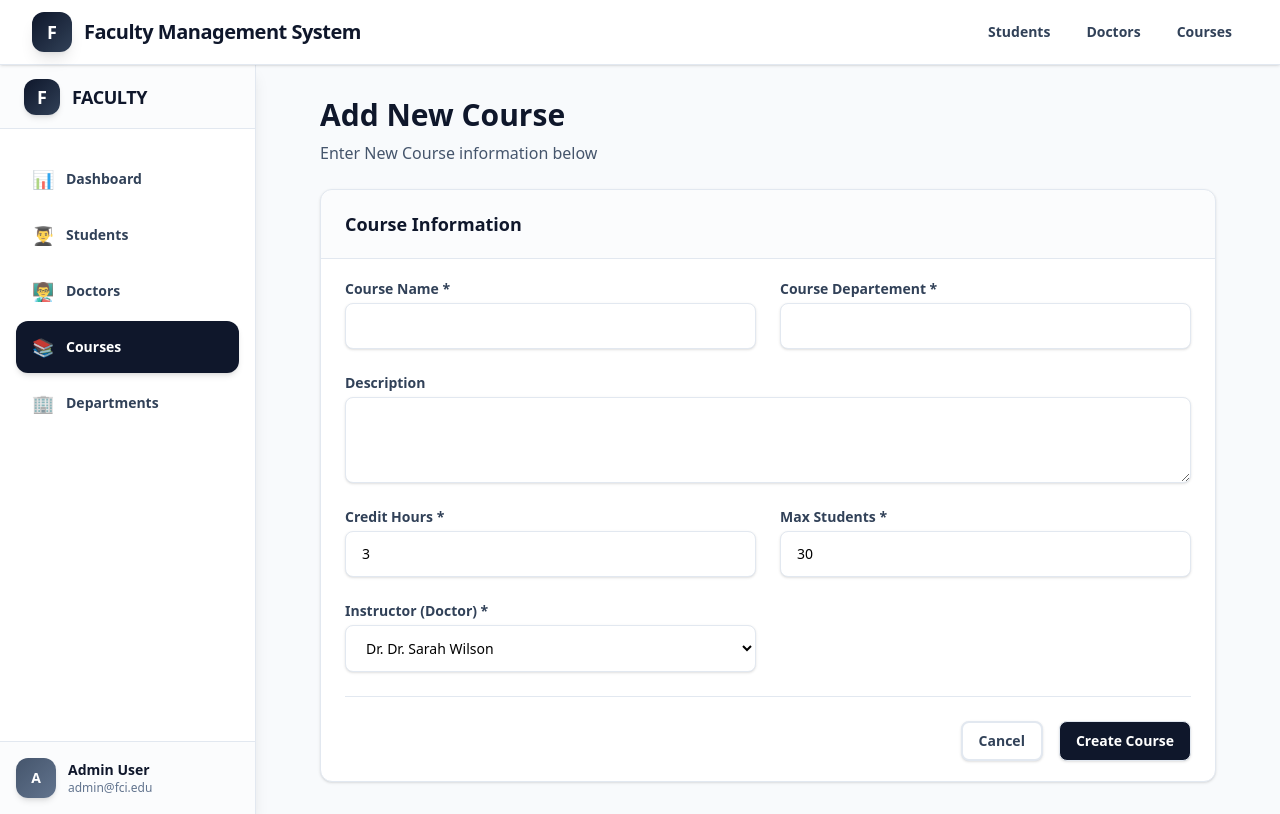
Repository: Mohamedmohsen179/Advanced-DB-Task
Page: /courses/new (app in frontend/)
An editor plug-in stored every save of this project. The page is shown before and after the next save, followed by the edit.
The browser window is 1280 px wide. The pictures show the whole page.
The page's requests for data from a server got no answer. The project was rebuilt for these pictures with package versions that can differ from the ones it lists, and the page was loaded fresh each time. The framework's server and built-in components were replaced by stand-ins that run in the browser. No one was signed in, and anything a server would have sent is missing. Also part of the build but not shown: frontend/next.config.ts.

Above is the page before, as saved 2025-11-29 01:51:02.

### frontend/app/layout.tsx
import type { Metadata } from "next";
import { Geist, Geist_Mono } from "next/font/google";
import "./globals.css";
import MainLayout from "../components/layout/MainLayout";

const geistSans = Geist({
  variable: "--font-geist-sans",
  subsets: ["latin"],
});

const geistMono = Geist_Mono({
  variable: "--font-geist-mono",
  subsets: ["latin"],
});

export const metadata: Metadata = {
  title: "University Management System",
  description: "A comprehensive university management system built with Next.js and TypeScript",
};

export default function RootLayout({
  children,
}: Readonly<{
  children: React.ReactNode;
}>) {
  return (
    <html lang="en">
      <body
        className={`${geistSans.variable} ${geistMono.variable} antialiased`}
      >
        <MainLayout>{children}</MainLayout>
      </body>
    </html>
  );
}

### frontend/app/courses/new/page.tsx
'use client';

import { useState, useEffect } from 'react';
import { useRouter } from 'next/navigation';
import { CreateCourseRequest } from '../../../types';
import { apiService } from '../../../services/api';
import { Card, CardContent, CardHeader } from '../../../components/ui/Card';
import Button from '../../../components/ui/Button';

export default function NewCoursePage() {
  const router = useRouter();
  const [loading, setLoading] = useState(false);
  const [error, setError] = useState<string | null>(null);
  const [departments, setDepartments] = useState<{ id: string; name: string; code: string }[]>([]);
  const [doctors, setDoctors] = useState<{ id: string; firstName: string; lastName: string }[]>([]);

  const [formData, setFormData] = useState<CreateCourseRequest>({
    name: '',
    code: '',
    description: '',
    credits: 3,
    departmentId: '',
    instructorId: '',
    semester: 'fall',
    year: new Date().getFullYear(),
    maxStudents: 30,
    prerequisites: [],
    syllabus: '',
    startDate: '',
    endDate: '',
  });

  const [prerequisiteInput, setPrerequisiteInput] = useState('');

  useEffect(() => {
    loadDepartments();
    loadDoctors();
  }, []);

  const loadDepartments = async () => {
    try {
      const response = await apiService.getDepartments();
      if (response.success && response.data.length > 0) {
        setDepartments(response.data.map(d => ({ id: d.id, name: d.name, code: d.code })));
        if (!formData.departmentId) {
          setFormData(prev => ({ ...prev, departmentId: response.data[0].id }));
        }
      }
    } catch (err) {
      console.error('Error loading departments:', err);
    }
  };

  const loadDoctors = async () => {
    try {
      const response = await apiService.getDoctors();
      if (response.success && response.data.length > 0) {
        setDoctors(response.data.map(d => ({ id: d.id, firstName: d.firstName, lastName: d.lastName })));
        if (!formData.instructorId) {
          setFormData(prev => ({ ...prev, instructorId: response.data[0].id }));
        }
      }
    } catch (err) {
      console.error('Error loading doctors:', err);
    }
  };

  const handleInputChange = (e: React.ChangeEvent<HTMLInputElement | HTMLSelectElement | HTMLTextAreaElement>) => {
    const { name, value } = e.target;
    setFormData(prev => ({
      ...prev,
      [name]: name === 'credits' || name === 'year' || name === 'maxStudents'
        ? parseInt(value) || 0
        : value,
    }));
  };

  const addPrerequisite = () => {
    if (prerequisiteInput.trim()) {
      setFormData(prev => ({
        ...prev,
        prerequisites: [...(prev.prerequisites || []), prerequisiteInput.trim()],
      }));
      setPrerequisiteInput('');
    }
  };

  const removePrerequisite = (index: number) => {
    setFormData(prev => ({
      ...prev,
      prerequisites: prev.prerequisites?.filter((_, i) => i !== index) || [],
    }));
  };

  const handleSubmit = async (e: React.FormEvent) => {
    e.preventDefault();
    setLoading(true);
    setError(null);

    try {
      const response = await apiService.createCourse(formData);

      if (response.success) {
        router.push('/courses');
      } else {
        setError('Failed to create course');
      }
    } catch (err) {
      setError('An error occurred while creating the course');
      console.error('Error creating course:', err);
    } finally {
      setLoading(false);
    }
  };

  return (
    <div className="max-w-4xl mx-auto">
      <div className="mb-6">
        <h1 className="text-3xl font-bold text-slate-900">Add New Course</h1>
        <p className="mt-2 text-base text-slate-600">
          Enter New Course information below
        </p>
      </div>

      {error && (
        <div className="mb-6 bg-red-50 border border-red-200 rounded-md p-4">
          <div className="flex">
            <div className="flex-shrink-0">
              <svg className="h-5 w-5 text-red-400" viewBox="0 0 20 20" fill="currentColor">
                <path fillRule="evenodd" d="M10 18a8 8 0 100-16 8 8 0 000 16zM8.707 7.293a1 1 0 00-1.414 1.414L8.586 10l-1.293 1.293a1 1 0 101.414 1.414L10 11.414l1.293 1.293a1 1 0 001.414-1.414L11.414 10l1.293-1.293a1 1 0 00-1.414-1.414L10 8.586 8.707 7.293z" clipRule="evenodd" />
              </svg>
            </div>
            <div className="ml-3">
              <h3 className="text-sm font-medium text-red-800">Error</h3>
              <div className="mt-2 text-sm text-red-700">
                <p>{error}</p>
              </div>
            </div>
          </div>
        </div>
      )}

      <Card>
        <CardHeader>
          <h2 className="text-lg font-semibold text-slate-900">Course Information</h2>
        </CardHeader>
        <CardContent>
          <form onSubmit={handleSubmit} className="space-y-6">
            <div className="grid grid-cols-1 md:grid-cols-2 gap-6">
              <div>
                <label htmlFor="name" className="block text-sm font-semibold text-slate-700">
                  Course Name *
                </label>
                <input
                  type="text"
                  id="name"
                  name="name"
                  required
                  value={formData.name}
                  onChange={handleInputChange}
                  className="text-black mt-1 block w-full border border-slate-300 rounded-lg px-4 py-3 text-sm focus:outline-none focus:ring-2 focus:ring-slate-500 focus:border-slate-500 transition-all duration-200 bg-white shadow-sm"
                />
              </div>

              <div>
                <label htmlFor="code" className="block text-sm font-semibold text-slate-700">
                  Course Departement *
                </label>
                <input
                  type="text"
                  id="code"
                  name="code"
                  required
                  value={formData.code}
                  onChange={handleInputChange}
                  className="text-black mt-1 block w-full border border-slate-300 rounded-lg px-4 py-3 text-sm focus:outline-none focus:ring-2 focus:ring-slate-500 focus:border-slate-500 transition-all duration-200 bg-white shadow-sm"
                />
              </div>

              <div className="md:col-span-2">
                <label htmlFor="description" className="block text-sm font-semibold text-slate-700">
                  Description
                </label>
                <textarea
                  id="description"
                  name="description"
                  rows={3}
                  value={formData.description}
                  onChange={handleInputChange}
                  className="text-black mt-1 block w-full border border-slate-300 rounded-lg px-4 py-3 text-sm focus:outline-none focus:ring-2 focus:ring-slate-500 focus:border-slate-500 transition-all duration-200 bg-white shadow-sm"
                />
              </div>

              <div>
                <label htmlFor="credits" className="block text-sm font-semibold text-slate-700">
                  Credit Hours *
                </label>
                <input
                  type="number"
                  id="credits"
                  name="credits"
                  required
                  min="1"
                  max="6"
                  value={formData.credits}
                  onChange={handleInputChange}
                  className="text-black mt-1 block w-full border border-slate-300 rounded-lg px-4 py-3 text-sm focus:outline-none focus:ring-2 focus:ring-slate-500 focus:border-slate-500 transition-all duration-200 bg-white shadow-sm"
                />
              </div>

              <div>
                <label htmlFor="maxStudents" className="block text-sm font-semibold text-slate-700">
                  Max Students *
                </label>
                <input
                  type="number"
                  id="maxStudents"
                  name="maxStudents"
                  required
                  min="1"
                  value={formData.maxStudents}
                  onChange={handleInputChange}
                  className="text-black mt-1 block w-full border border-slate-300 rounded-lg px-4 py-3 text-sm focus:outline-none focus:ring-2 focus:ring-slate-500 focus:border-slate-500 transition-all duration-200 bg-white shadow-sm"
                />
              </div>

              <div>
                <label htmlFor="instructorId" className="block text-sm font-semibold text-slate-700">
                  Instructor (Doctor) *
                </label>
                <select
                  id="instructorId"
                  name="instructorId"
                  required
                  value={formData.instructorId}
                  onChange={handleInputChange}
                  className="text-black mt-1 block w-full border border-slate-300 rounded-lg px-4 py-3 text-sm focus:outline-none focus:ring-2 focus:ring-slate-500 focus:border-slate-500 transition-all duration-200 bg-white shadow-sm"
                >
                  <option value="">Select Instructor</option>
                  {doctors.map(doctor => (
                    <option key={doctor.id} value={doctor.id}>
                      Dr. {doctor.firstName} {doctor.lastName}
                    </option>
                  ))}
                </select>
              </div>


            </div>

            <div className="flex justify-end space-x-4 pt-6 border-t border-slate-200">
              <Button
                type="button"
                variant="outline"
                onClick={() => router.back()}
              >
                Cancel
              </Button>
              <Button
                type="submit"
                loading={loading}
              >
                Create Course
              </Button>
            </div>
          </form>
        </CardContent>
      </Card>
    </div>
  );
}

### frontend/app/globals.css
@import "tailwindcss";

:root {
  --background: #fafafa;
  --foreground: #0f172a;
  --primary: #2563eb;
  --primary-foreground: #ffffff;
  --secondary: #f1f5f9;
  --secondary-foreground: #334155;
  --muted: #f8fafc;
  --muted-foreground: #64748b;
  --accent: #f1f5f9;
  --accent-foreground: #0f172a;
  --border: #e2e8f0;
  --input: #ffffff;
  --ring: #2563eb;
  --radius: 0.5rem;
}

@theme inline {
  --color-background: var(--background);
  --color-foreground: var(--foreground);
  --font-sans: var(--font-geist-sans);
  --font-mono: var(--font-geist-mono);
}

@media (prefers-color-scheme: dark) {
  :root {
    --background: #020617;
    --foreground: #f8fafc;
    --primary: #3b82f6;
    --primary-foreground: #f8fafc;
    --secondary: #1e293b;
    --secondary-foreground: #f8fafc;
    --muted: #1e293b;
    --muted-foreground: #94a3b8;
    --accent: #1e293b;
    --accent-foreground: #f8fafc;
    --border: #334155;
    --input: #1e293b;
    --ring: #3b82f6;
  }
}

* {
  border-color: var(--border);
}

body {
  background: var(--background);
  color: var(--foreground);
  font-family: var(--font-sans), system-ui, -apple-system, sans-serif;
  line-height: 1.6;
  -webkit-font-smoothing: antialiased;
  -moz-osx-font-smoothing: grayscale;
}

::-webkit-scrollbar {
  width: 8px;
  height: 8px;
}

::-webkit-scrollbar-track {
  background: var(--muted);
}

::-webkit-scrollbar-thumb {
  background: var(--muted-foreground);
  border-radius: 4px;
}

::-webkit-scrollbar-thumb:hover {
  background: var(--foreground);
}

/* Focus styles */
.focus-visible {
  outline: 2px solid var(--ring);
  outline-offset: 2px;
}

/* Professional shadows */
.shadow-professional {
  box-shadow: 0 1px 3px 0 rgb(0 0 0 / 0.1), 0 1px 2px -1px rgb(0 0 0 / 0.1);
}

.shadow-professional-lg {
  box-shadow: 0 10px 15px -3px rgb(0 0 0 / 0.1), 0 4px 6px -4px rgb(0 0 0 / 0.1);
}

### frontend/components/layout/MainLayout.tsx
'use client';

import { useState } from 'react';
import Navbar from './Navbar';
import Sidebar from './Sidebar';

interface MainLayoutProps {
  children: React.ReactNode;
}

export default function MainLayout({ children }: MainLayoutProps) {
  const [sidebarOpen, setSidebarOpen] = useState(false);

  return (
    <div className="min-h-screen bg-slate-50">
      <Navbar />

      <div className="flex">
        <Sidebar
          isOpen={sidebarOpen}
          onClose={() => setSidebarOpen(false)}
        />

        <div className="flex-1 lg:ml-0">
          <div className="lg:hidden">
            <button
              onClick={() => setSidebarOpen(true)}
              className="fixed top-20 left-4 z-10 bg-white p-3 rounded-xl shadow-professional border border-slate-200 hover:shadow-professional-lg transition-all duration-200"
            >
              <svg className="w-5 h-5 text-slate-600" fill="none" stroke="currentColor" viewBox="0 0 24 24">
                <path strokeLinecap="round" strokeLinejoin="round" strokeWidth={2} d="M4 6h16M4 12h16M4 18h16" />
              </svg>
            </button>
          </div>

          <main className="p-6 lg:p-8">
            <div className="max-w-7xl mx-auto">
              {children}
            </div>
          </main>
        </div>
      </div>
    </div>
  );
}

### frontend/components/ui/Card.tsx
import { HTMLAttributes, forwardRef } from 'react';

interface CardProps extends HTMLAttributes<HTMLDivElement> {
  children: React.ReactNode;
}

const Card = forwardRef<HTMLDivElement, CardProps>(
  ({ className = '', children, ...props }, ref) => {
    return (
      <div
        ref={ref}
        className={`bg-white rounded-xl border border-slate-200 shadow-professional hover:shadow-professional-lg transition-shadow duration-200 ${className}`}
        {...props}
      >
        {children}
      </div>
    );
  }
);

Card.displayName = 'Card';

interface CardHeaderProps extends HTMLAttributes<HTMLDivElement> {
  children: React.ReactNode;
}

const CardHeader = forwardRef<HTMLDivElement, CardHeaderProps>(
  ({ className = '', children, ...props }, ref) => {
    return (
      <div
        ref={ref}
        className={`px-6 py-5 border-b border-slate-200 bg-slate-50/50 rounded-t-xl ${className}`}
        {...props}
      >
        {children}
      </div>
    );
  }
);

CardHeader.displayName = 'CardHeader';

interface CardContentProps extends HTMLAttributes<HTMLDivElement> {
  children: React.ReactNode;
}

const CardContent = forwardRef<HTMLDivElement, CardContentProps>(
  ({ className = '', children, ...props }, ref) => {
    return (
      <div
        ref={ref}
        className={`px-6 py-5 ${className}`}
        {...props}
      >
        {children}
      </div>
    );
  }
);

CardContent.displayName = 'CardContent';

interface CardFooterProps extends HTMLAttributes<HTMLDivElement> {
  children: React.ReactNode;
}

const CardFooter = forwardRef<HTMLDivElement, CardFooterProps>(
  ({ className = '', children, ...props }, ref) => {
    return (
      <div
        ref={ref}
        className={`px-6 py-5 border-t border-slate-200 bg-slate-50 rounded-b-xl ${className}`}
        {...props}
      >
        {children}
      </div>
    );
  }
);

CardFooter.displayName = 'CardFooter';

export { Card, CardHeader, CardContent, CardFooter };

### frontend/components/ui/Button.tsx
import { ButtonHTMLAttributes, forwardRef } from 'react';

interface ButtonProps extends ButtonHTMLAttributes<HTMLButtonElement> {
  variant?: 'primary' | 'secondary' | 'danger' | 'outline';
  size?: 'sm' | 'md' | 'lg';
  loading?: boolean;
}

const Button = forwardRef<HTMLButtonElement, ButtonProps>(
  ({ className = '', variant = 'primary', size = 'md', loading = false, children, disabled, ...props }, ref) => {
    const baseClasses = 'inline-flex items-center justify-center font-semibold rounded-lg transition-all duration-200 focus:outline-none focus:ring-2 focus:ring-offset-2 disabled:opacity-50 disabled:cursor-not-allowed shadow-sm hover:shadow-md active:scale-[0.98]';

    const variantClasses = {
      primary: 'bg-slate-900 text-white hover:bg-slate-800 focus:ring-slate-500 border border-slate-900',
      secondary: 'bg-slate-100 text-slate-900 hover:bg-slate-200 focus:ring-slate-500 border border-slate-200',
      danger: 'bg-red-600 text-white hover:bg-red-700 focus:ring-red-500 border border-red-600',
      outline: 'border-2 border-slate-300 text-slate-700 bg-white hover:bg-slate-50 hover:border-slate-400 focus:ring-slate-500',
    };

    const sizeClasses = {
      sm: 'px-3 py-2 text-sm h-9',
      md: 'px-4 py-2.5 text-sm h-10',
      lg: 'px-6 py-3 text-base h-12',
    };

    return (
      <button
        ref={ref}
        className={`${baseClasses} ${variantClasses[variant]} ${sizeClasses[size]} ${className}`}
        disabled={disabled || loading}
        {...props}
      >
        {loading && (
          <svg className="animate-spin -ml-1 mr-2 h-4 w-4" fill="none" viewBox="0 0 24 24">
            <circle className="opacity-25" cx="12" cy="12" r="10" stroke="currentColor" strokeWidth="4" />
            <path className="opacity-75" fill="currentColor" d="M4 12a8 8 0 018-8V0C5.373 0 0 5.373 0 12h4zm2 5.291A7.962 7.962 0 014 12H0c0 3.042 1.135 5.824 3 7.938l3-2.647z" />
          </svg>
        )}
        {children}
      </button>
    );
  }
);

Button.displayName = 'Button';

export default Button;

### frontend/components/layout/Navbar.tsx
'use client';

import Link from 'next/link';
import { useState } from 'react';

export default function Navbar() {
  const [isMenuOpen, setIsMenuOpen] = useState(false);

  return (
    <nav className="bg-white shadow-professional border-b border-slate-200 sticky top-0 z-50 backdrop-blur-sm bg-white">
      <div className="max-w-7xl mx-auto px-4 sm:px-6 lg:px-8">
        <div className="flex justify-between h-16">
          <div className="flex items-center">
            <Link href="/" className="flex-shrink-0 flex items-center group">
              <div className="h-10 w-10 bg-gradient-to-br from-slate-900 to-slate-700 rounded-xl flex items-center justify-center shadow-lg group-hover:shadow-xl transition-all duration-200">
                <span className="text-white font-bold text-lg">F</span>
              </div>
              <span className="ml-3 text-xl font-bold text-slate-900 tracking-tight">
                Faculty Management System
              </span>
            </Link>
          </div>

          <div className="hidden md:flex items-center space-x-1">
            <Link
              href="/students"
              className="text-slate-700 hover:text-slate-900 hover:bg-slate-100 px-4 py-2.5 rounded-lg text-sm font-semibold transition-all duration-200"
            >
              Students
            </Link>

            <Link
              href="/doctors"
              className="text-slate-700 hover:text-slate-900 hover:bg-slate-100 px-4 py-2.5 rounded-lg text-sm font-semibold transition-all duration-200"
            >
              Doctors
            </Link>
            <Link
              href="/courses"
              className="text-slate-700 hover:text-slate-900 hover:bg-slate-100 px-4 py-2.5 rounded-lg text-sm font-semibold transition-all duration-200"
            >
              Courses
            </Link>
          </div>

          {/* Mobile menu button */}
          <div className="md:hidden flex items-center">
            <button
              onClick={() => setIsMenuOpen(!isMenuOpen)}
              className="text-slate-700 hover:text-slate-900 hover:bg-slate-100 p-2 rounded-lg focus:outline-none focus:ring-2 focus:ring-slate-500 transition-all duration-200"
            >
              <svg className="h-6 w-6" fill="none" viewBox="0 0 24 24" stroke="currentColor">
                {isMenuOpen ? (
                  <path strokeLinecap="round" strokeLinejoin="round" strokeWidth={2} d="M6 18L18 6M6 6l12 12" />
                ) : (
                  <path strokeLinecap="round" strokeLinejoin="round" strokeWidth={2} d="M4 6h16M4 12h16M4 18h16" />
                )}
              </svg>
            </button>
          </div>
        </div>

        {/* Mobile Navigation */}
        {isMenuOpen && (
          <div className="md:hidden">
            <div className="px-4 pt-4 pb-4 space-y-2 border-t border-slate-200 bg-slate-50/50">
              <Link
                href="/students"
                className="text-slate-700 hover:text-slate-900 hover:bg-white block px-4 py-3 rounded-lg text-base font-semibold transition-all duration-200"
                onClick={() => setIsMenuOpen(false)}
              >
                Students
              </Link>
              <Link
                href="/doctors"
                className="text-slate-700 hover:text-slate-900 hover:bg-white block px-4 py-3 rounded-lg text-base font-semibold transition-all duration-200"
                onClick={() => setIsMenuOpen(false)}
              >
                Doctors
              </Link>
              <Link
                href="/courses"
                className="text-slate-700 hover:text-slate-900 hover:bg-white block px-4 py-3 rounded-lg text-base font-semibold transition-all duration-200"
                onClick={() => setIsMenuOpen(false)}
              >
                Courses
              </Link>

            </div>
          </div>
        )}
      </div>
    </nav>
  );
}

Loaded but not shown: frontend/services/api.ts (635 lines, source omitted); frontend/components/layout/Sidebar.tsx (152 lines, source omitted)

After the next save:
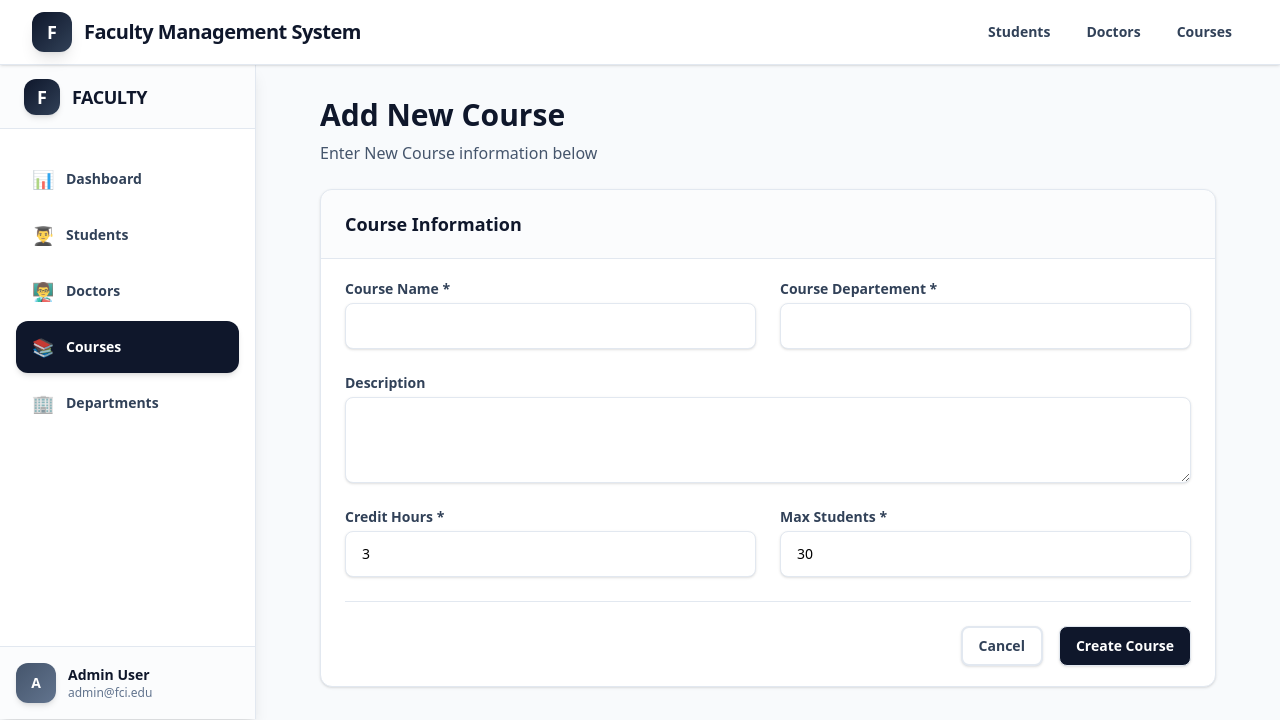
Saved 12 s later.
--- a/frontend/app/courses/new/page.tsx
+++ b/frontend/app/courses/new/page.tsx
@@ -223,29 +223,6 @@ export default function NewCoursePage() {
                   className="text-black mt-1 block w-full border border-slate-300 rounded-lg px-4 py-3 text-sm focus:outline-none focus:ring-2 focus:ring-slate-500 focus:border-slate-500 transition-all duration-200 bg-white shadow-sm"
                 />
               </div>
-
-              <div>
-                <label htmlFor="instructorId" className="block text-sm font-semibold text-slate-700">
-                  Instructor (Doctor) *
-                </label>
-                <select
-                  id="instructorId"
-                  name="instructorId"
-                  required
-                  value={formData.instructorId}
-                  onChange={handleInputChange}
-                  className="text-black mt-1 block w-full border border-slate-300 rounded-lg px-4 py-3 text-sm focus:outline-none focus:ring-2 focus:ring-slate-500 focus:border-slate-500 transition-all duration-200 bg-white shadow-sm"
-                >
-                  <option value="">Select Instructor</option>
-                  {doctors.map(doctor => (
-                    <option key={doctor.id} value={doctor.id}>
-                      Dr. {doctor.firstName} {doctor.lastName}
-                    </option>
-                  ))}
-                </select>
-              </div>
-
-
             </div>
 
             <div className="flex justify-end space-x-4 pt-6 border-t border-slate-200">
